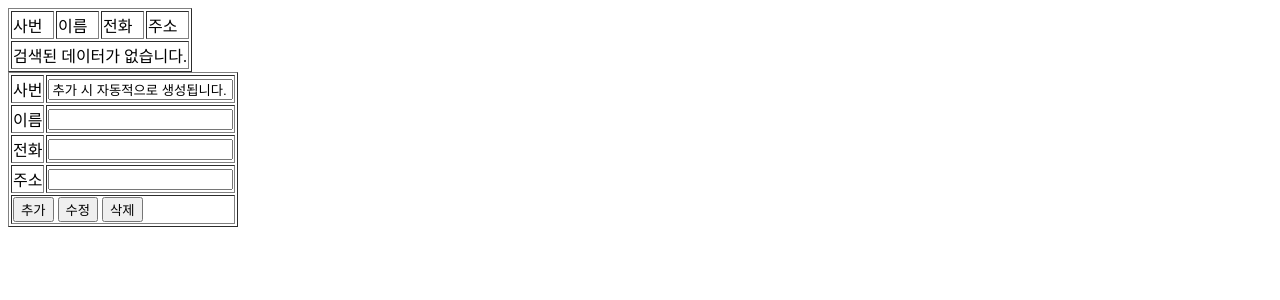
Repository: facio313/Python
Page: HELLO_PYTHON/day14/templates/teacher.html
An editor plug-in stored every save of this project. The page is shown before and after the next save, followed by the edit.
The browser window is 1280 px wide. The pictures show the whole page.
The page's requests for data from a server got no answer.

Above is the page before, as saved 2022-12-09 02:05:13.
Console error (its wording comes from the project's code and is left out).

### HELLO_PYTHON/day14/templates/teacher.html
<!DOCTYPE html>
<html>
<head>
<meta charset="UTF-8">
<title>Insert title here</title>
<script src="https://cdn.jsdelivr.net/npm/axios/dist/axios.min.js"></script>
<script type="text/javascript">
function fn_list() {
	axios.post('/ajax_teacher_list', {

	})
	.then(function(res) {
		var list = res.data.list;
        var html = "";
		for (var i = 0; i < list.length; i++) {
   			var one = list[i];
   			html += `
				<tr>
				<td><a href="javascript:fn_one('${one.t_id}')">${one.t_id}</a></td>
				<td>${one.t_name}</td>
				<td>${one.mobile}</td>
				<td>${one.addr}</td>
				</tr>
   			`;
    	}
    	var obj = document.querySelector("#my_tbody");
    	obj.innerHTML = html;

    	document.querySelector("#t_id").value = "추가 시 자동으로 생성됩니다.";
    	document.querySelector("#t_name").value = "";
    	document.querySelector("#mobile").value = "";
    	document.querySelector("#addr").value = "";
	});
}

function fn_one(t_id) {
	axios.post('/ajax_teacher_one', { // 보내는 부분
		t_id : t_id
	})
	.then(function(res) { // 받는 부분
		var one = res.data.one;
    	document.querySelector("#t_id").value = one.t_id;
    	document.querySelector("#t_name").value = one.t_name;
    	document.querySelector("#mobile").value = one.mobile;
    	document.querySelector("#addr").value = one.addr;
	});
}

function fn_one(t_id) {
	axios.post('/ajax_teacher_one', { // 보내는 부분
		t_id : t_id
	})
	.then(function(res) { // 받는 부분
		var one = res.data.one;
    	document.querySelector("#t_id").value = one.t_id;
    	document.querySelector("#t_name").value = one.t_name;
    	document.querySelector("#mobile").value = one.mobile;
    	document.querySelector("#addr").value = one.addr;
	});
}

function fn_add() {
	var t_name = document.querySelector("#t_name").value
	var mobile = document.querySelector("#mobile").value
	var addr = document.querySelector("#addr").value

	axios.post('/ajax_teacher_add', { // 보내는 부분
		t_name : t_name,
		mobile : mobile,
		addr : addr
	})
	.then(function(res) { // 받는 부분
		if (res.data.cnt == 1){
			alert("정상적으로 추가되었습니다.");
			fn_list();
		} else if (res.data.cnt == 10000){
			alert("글자수 제한을 초과하였습니다.");
		} else {
			alert("추가 도중 문제가 생겼습니다.");
		}
	});
}

function fn_edit() {
	var t_id = document.querySelector("#t_id").value
	var t_name = document.querySelector("#t_name").value
	var mobile = document.querySelector("#mobile").value
	var addr = document.querySelector("#addr").value

	axios.post('/ajax_teacher_edit', { // 보내는 부분
		t_id : t_id,
		t_name : t_name,
		mobile : mobile,
		addr : addr
	})
	.then(function(res) { // 받는 부분
		if (res.data.cnt == 1){
			alert("정상적으로 수정되었습니다.");
			fn_list();
		} else if (res.data.cnt == 10000){
			alert("글자수 제한을 초과하였습니다.");
		} else {
			alert("추가 도중 문제가 생겼습니다.");
		}
	});
}

function fn_delete() {
	var t_id = document.querySelector("#t_id").value

	axios.post('/ajax_teacher_delete', { // 보내는 부분
		t_id : t_id,
	})
	.then(function(res) { // 받는 부분
		if (res.data.cnt == 1){
			alert("정상적으로 삭제되었습니다.");
			fn_list();
		} else if (res.data.cnt == 10000){
			alert("글자수 제한을 초과하였습니다.");
		} else {
			alert("추가 도중 문제가 생겼습니다.");
		}
	});
}
</script>
</head>
<body onload="fn_list()">

<table border="1px">
	<thead>
		<tr>
			<td>사번</td>
			<td>이름</td>
			<td>전화</td>
			<td>주소</td>
		</tr>
	</thead>
	<tbody id="my_tbody">
		<tr>
			<td colspan="4">검색된 데이터가 없습니다.</td>
		</tr>
	</tbody>
</table>

<table border="1px">
	<tr>
		<td>사번</td>
		<td>
			<input type="text" id="t_id" value="추가 시 자동적으로 생성됩니다.">
		</td>
	</tr>
	<tr>
		<td>이름</td>
		<td>
			<input type="text" id="t_name">
		</td>
	</tr>
	<tr>
		<td>전화</td>
		<td>
			<input type="text" id="mobile">
		</td>
	</tr>
	<tr>
		<td>주소</td>
		<td>
			<input type="text" id="addr">
		</td>
	</tr>
	<tr>
		<td colspan="2">
			<input type="button" onclick="fn_add()" value="추가">
			<input type="button" onclick="fn_edit()" value="수정">
			<input type="button" onclick="fn_delete()" value="삭제">
		</td>
	</tr>
</table>

</body>
</html>

After the next save:
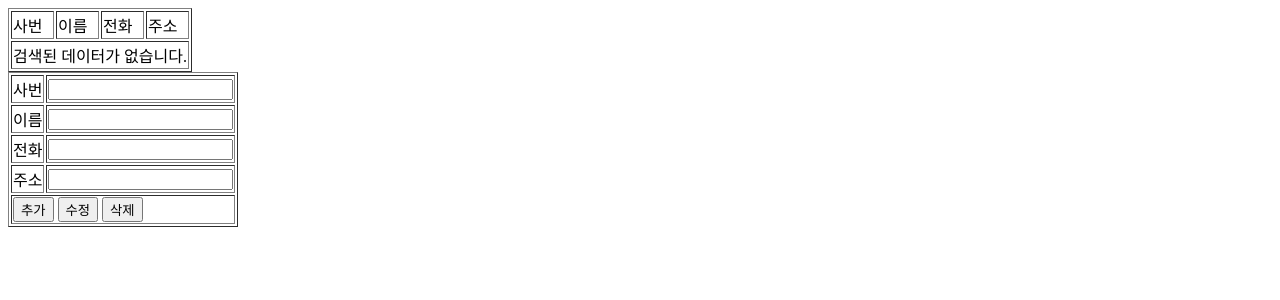
Saved 15 s later.
--- a/HELLO_PYTHON/day14/templates/teacher.html
+++ b/HELLO_PYTHON/day14/templates/teacher.html
@@ -26,7 +26,7 @@ function fn_list() {
     	var obj = document.querySelector("#my_tbody");
     	obj.innerHTML = html;
 
-    	document.querySelector("#t_id").value = "추가 시 자동으로 생성됩니다.";
+    	document.querySelector("#t_id").value = "사번은 추가 시 자동으로 생성됩니다.";
     	document.querySelector("#t_name").value = "";
     	document.querySelector("#mobile").value = "";
     	document.querySelector("#addr").value = "";
@@ -146,7 +146,7 @@ function fn_delete() {
 	<tr>
 		<td>사번</td>
 		<td>
-			<input type="text" id="t_id" value="추가 시 자동적으로 생성됩니다.">
+			<input type="text" id="t_id">
 		</td>
 	</tr>
 	<tr>
